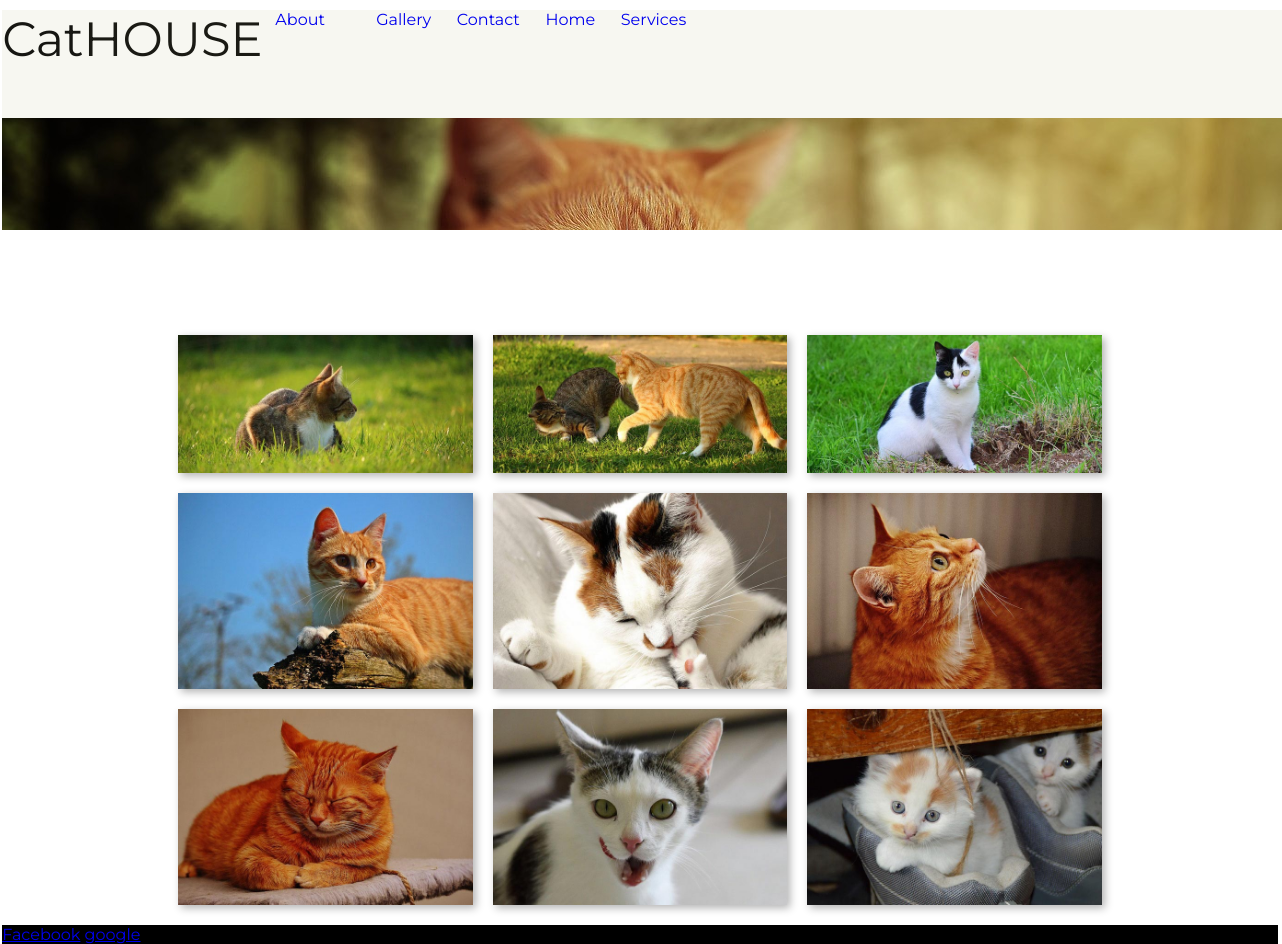
Repository: raul4264/final
Page: Gallery.html
The author's editor kept a copy of each file at every save. The page is drawn from the files as they stood at one save, then again after the next save.
The browser window is 1280 px wide. The page is 1282 px wide, so the pictures cover 1282 px, including what lies to the right of the window. The pictures show the whole page.

Above is the page before, as saved 2021-03-23 12:26:31.

After the next save:
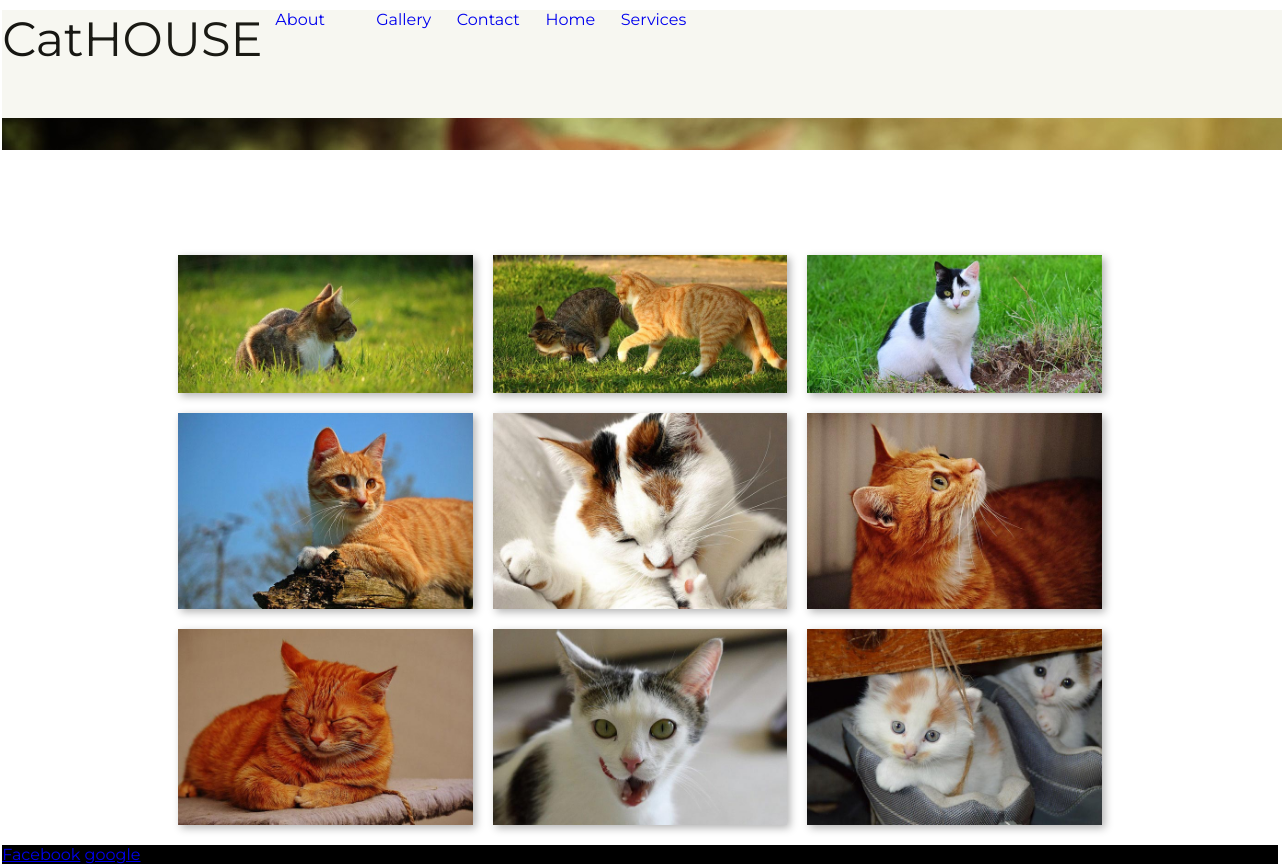
Saved 13 s later.
--- a/css/gallery.css
+++ b/css/gallery.css
@@ -12,7 +12,7 @@ body{
 .banner {
     background: url(../images/1.jpg) no-repeat 0px 0px;
     background-size: cover;
-    padding: 0em 0 7em;
+    padding: 0em 0 2em;
     height: 100%;
     width: 100vw;
    margin-bottom: 10px;
